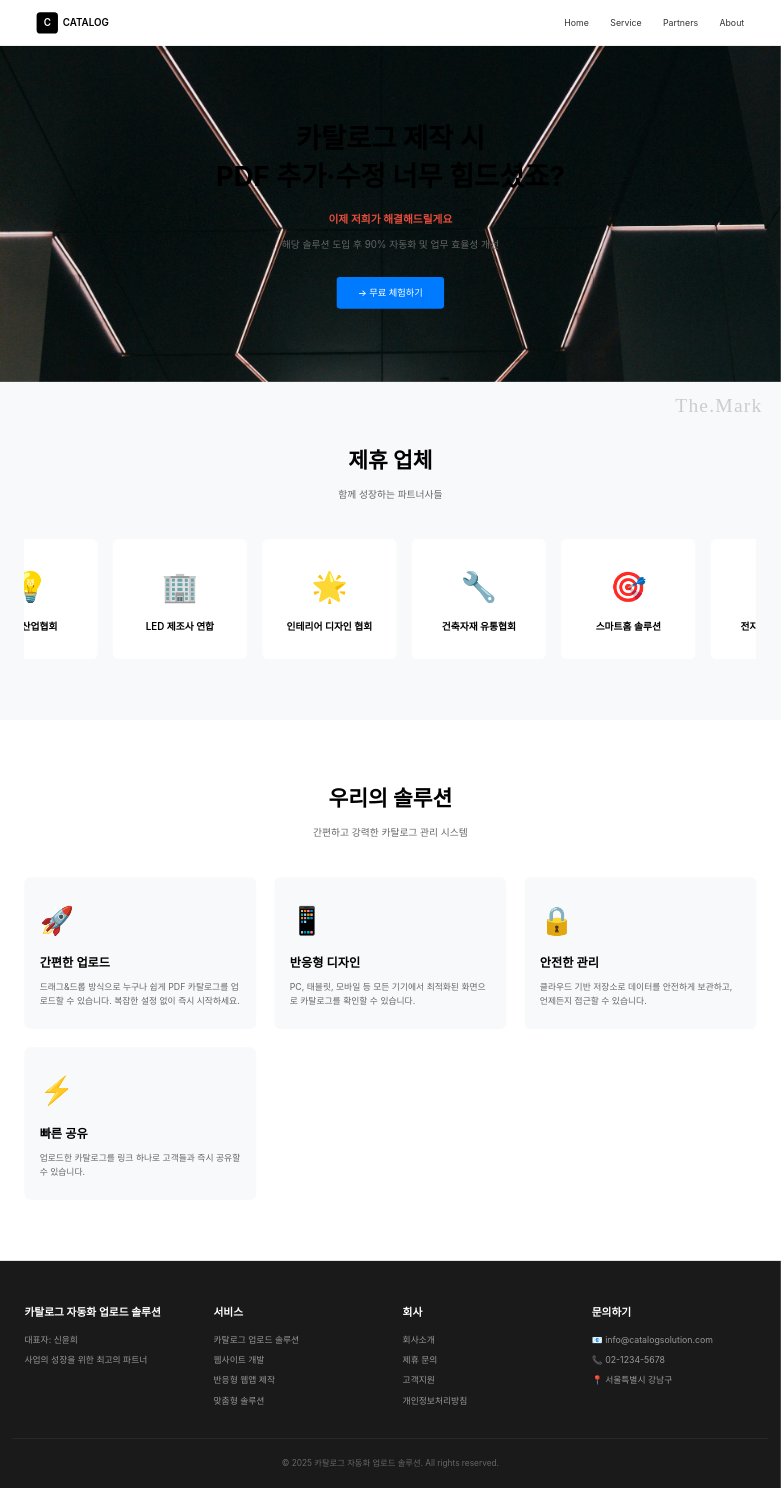
Repository: ororso11/catamaster
Page: index.html
These files come from the project's save history. The page is drawn as it stood at one moment and after the next save; the edit follows.
The browser window is 1280 px wide. The pictures show the whole page, at 61% of full size.

Above is the page before, as saved 2025-10-04 23:15:06.

After the next save:
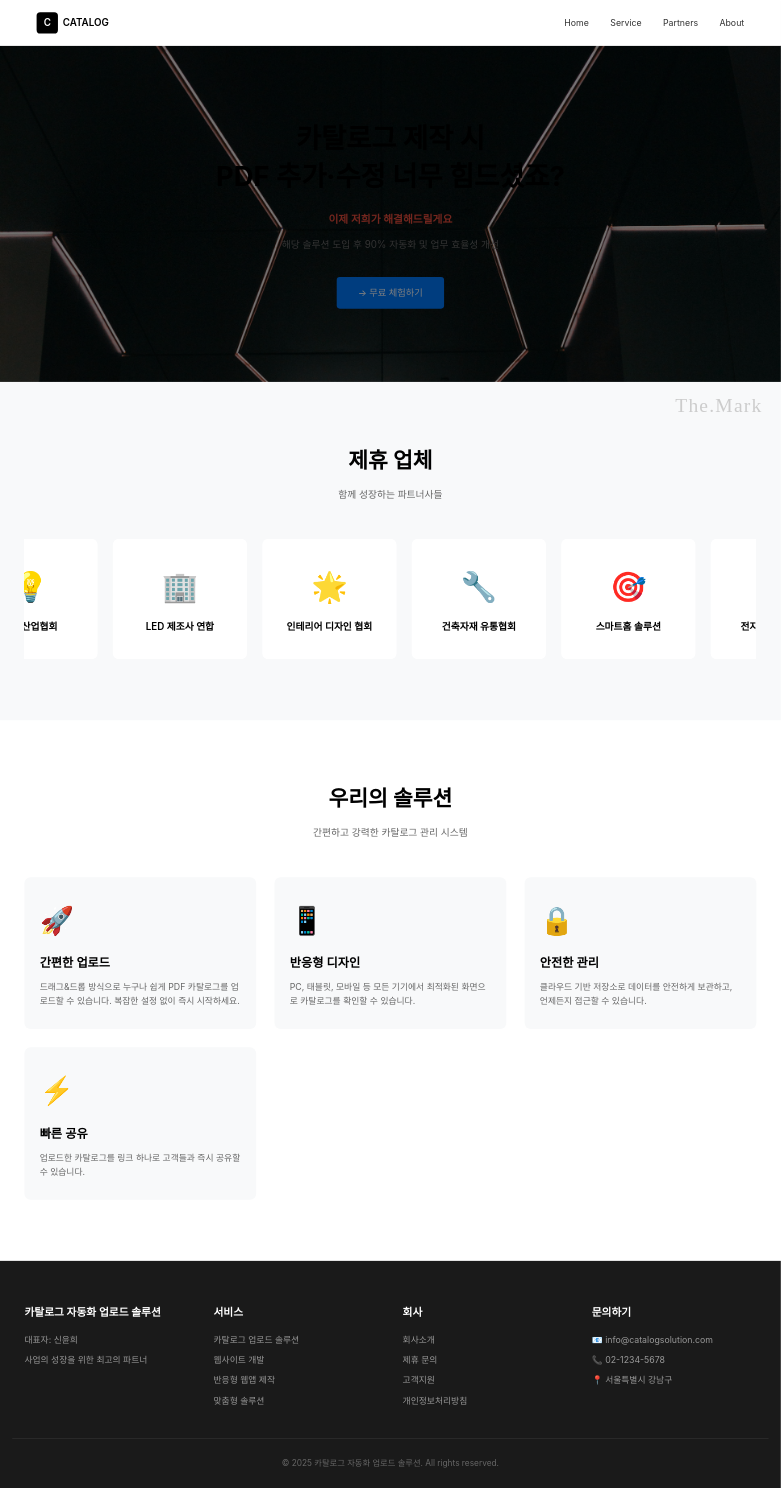
Saved 10 s later.
--- a/style.css
+++ b/style.css
@@ -97,6 +97,17 @@ nav a:hover {
     position: relative;               /* 오버레이 효과 줄 때 필요 */
 }
 
+
+.hero::before {
+    content: "";
+    position: absolute;
+    top: 0;
+    left: 0;
+    width: 100%;
+    height: 100%;
+    background: rgba(0,0,0,0.5); /* 검은 반투명 레이어 */
+    z-index: 1;
+}
 
 .hero-content {
     max-width: 800px;
